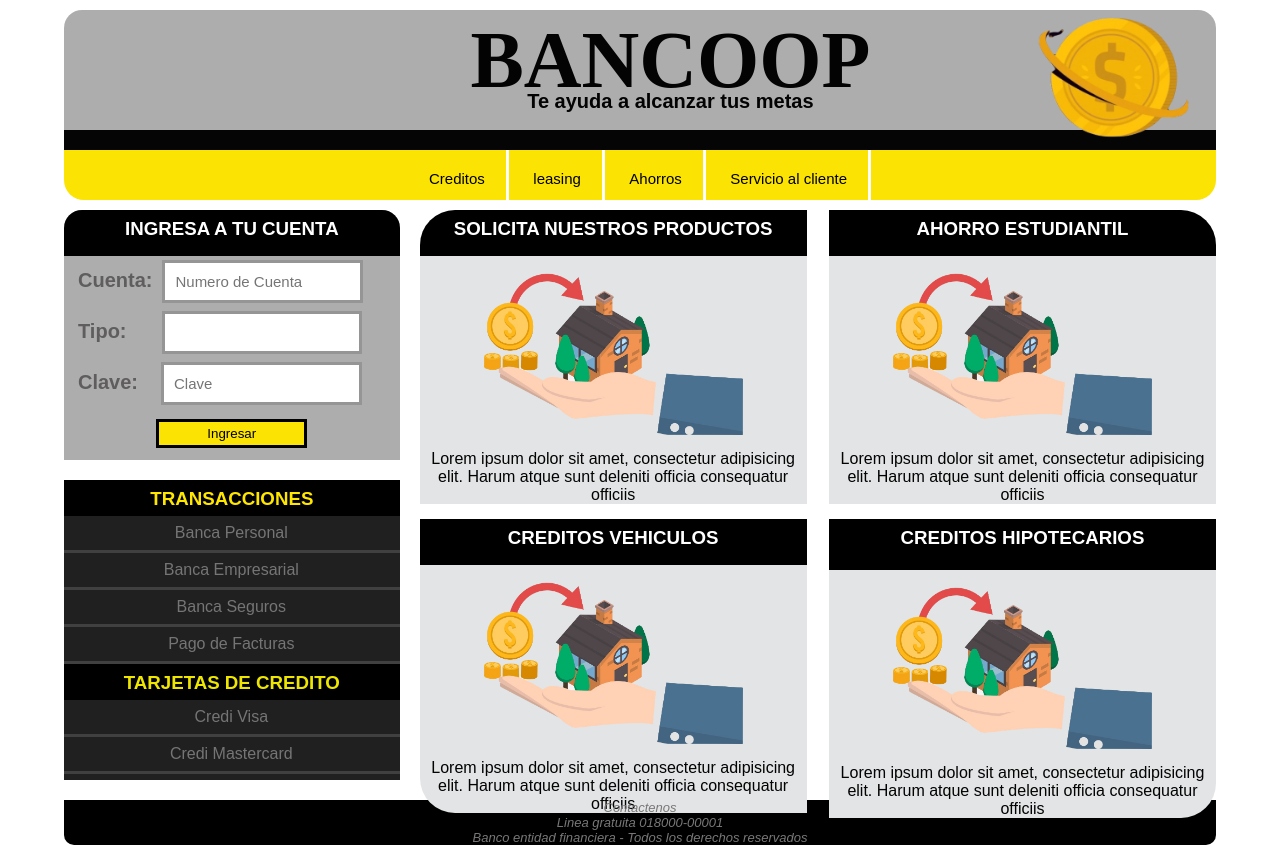
Repository: NickArregoces/BANCOOP
Page: Index.html
These files come from the project's save history. The page is drawn as it stood at one moment and after the next save; the edit follows.
The browser window is 1280 px wide. The pictures show the whole page.

Above is the page before, as saved 2021-10-04 17:59:01.

After the next save:
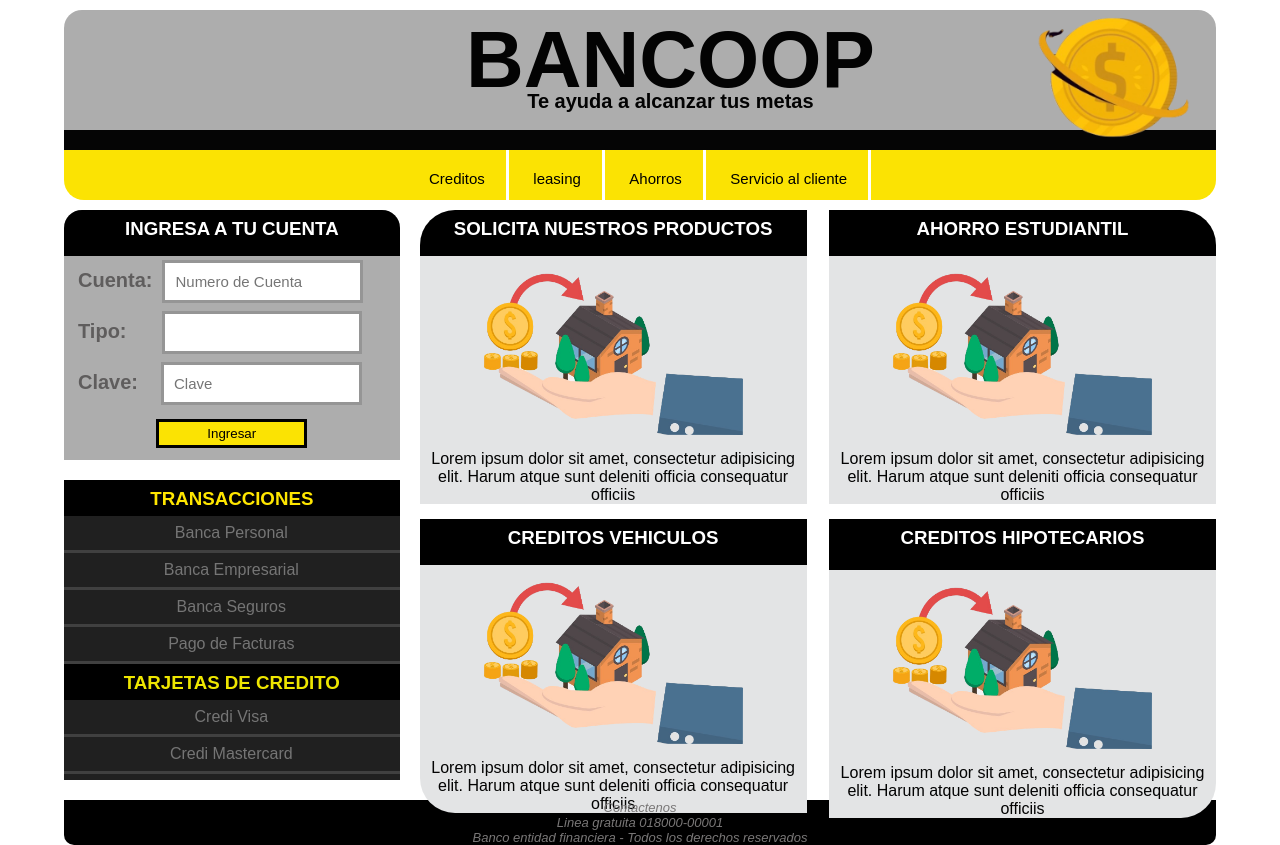
Saved 17 s later.
--- a/Index.html
+++ b/Index.html
@@ -16,7 +16,7 @@
                 <img src="/Images/logo.png" alt="logo">
             </div>
             <div class="title" >
-                <h1 style="font-family: b;">BANCOOP</h1>
+                <h1>BANCOOP</h1>
                 <h3>Te ayuda a alcanzar tus metas</h3>
             </div>
 

After the 3 saves that followed:
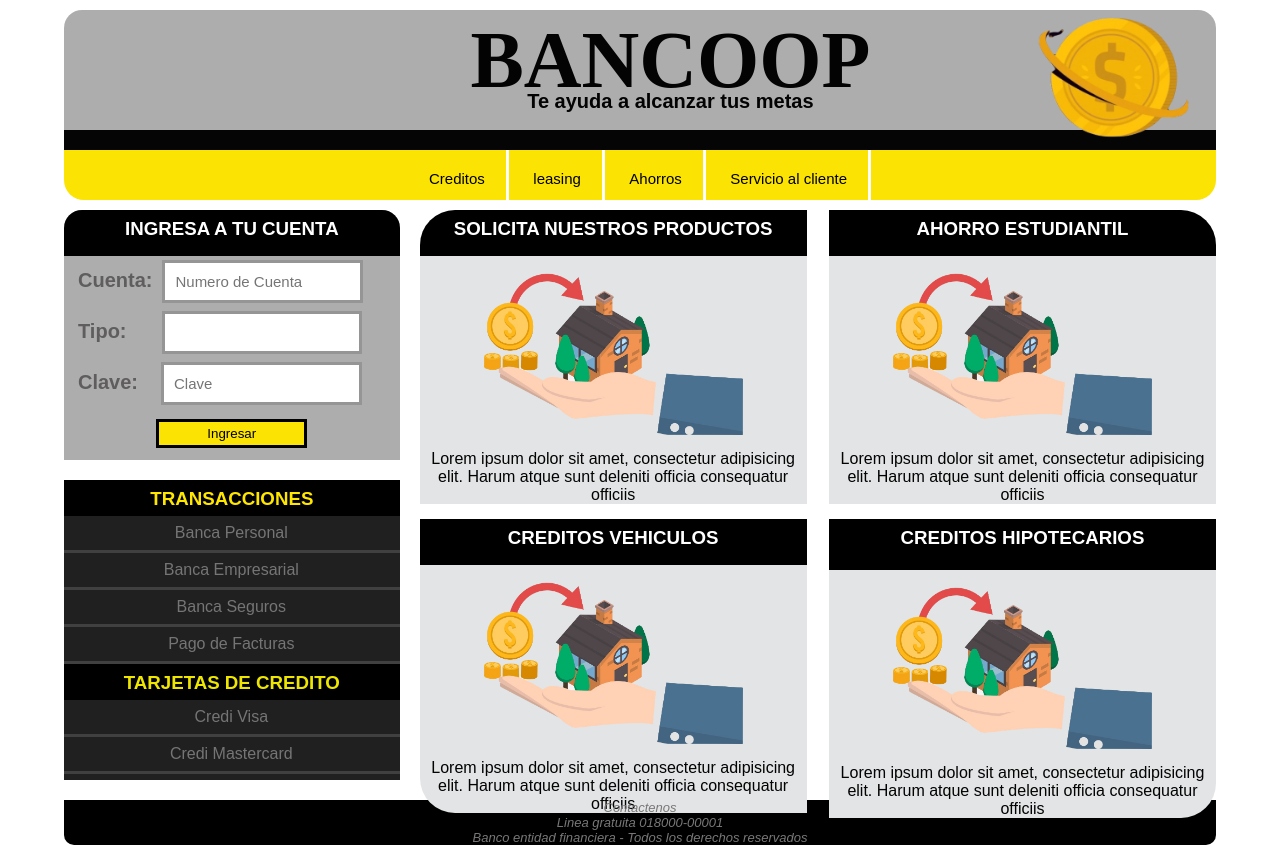
The 3 saves are shown as one change because they came seconds apart.
The last was saved 10 s later.
--- a/CSS/Style.css
+++ b/CSS/Style.css
@@ -28,6 +28,7 @@ header{
         margin-top: 20px;
     }
     header h1{
+        font-family: r;
         font-size: 80px;
         text-align: center;
         line-height: 60px;
